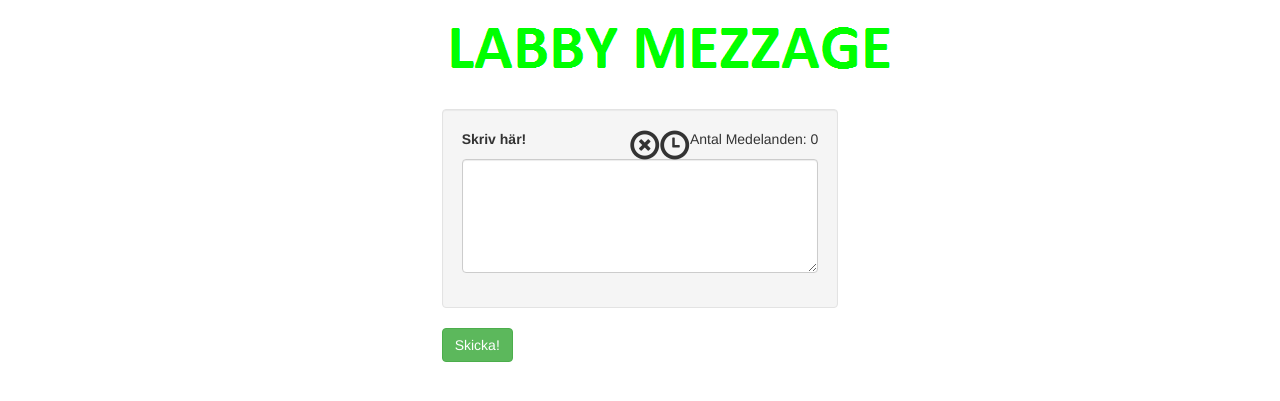
Repository: mc22dg/1dv403-laborationer
Page: 2-labbymezzage/index.html
The author's editor kept a record of every edit. The page is drawn from the files as they stood at one moment, then again after the next edit.
The browser window is 1280 px wide. The pictures show the whole page.

Above is the page before.
Console error (its wording comes from the project's code and is left out).

### 2-labbymezzage/index.html
<!DOCTYPE html>
<html lang="sv">
<head>
    <meta charset="UTF-8" />
        <title>Labby mezzage</title>
            <link rel="stylesheet" href="https://maxcdn.bootstrapcdn.com/bootstrap/3.3.1/css/bootstrap.min.css">
            <link rel="stylesheet" href="style.css"/>

</head>

<body>

    <div class="row"></div>

    <div class="col-md-offset-4 col-md-4">


    <div id="logo">
            <img src="logo.png" alt="">
    </div>

        <div class="well">
            <div id="message">

            </div>

                <div id="numberOfMess">Antal Medelanden: 0</div>
                <div class="glyphicon glyphicon-time"></div>
                <div class="glyphicon glyphicon-remove-circle"></div>
                <div class="form-group">
                  <label for="comment">Skriv här!</label>
                  <textarea class="form-control" rows="5" id="comment"></textarea>
                </div>
        </div>

        <div>
                <button type="button" class="btn btn-success">Skicka!</button>
        </div>

    <script src="https://maxcdn.bootstrapcdn.com/bootstrap/3.3.1/js/bootstrap.min.js"></script>
     <script src="message.js"></script>
    <script src="messageEngine.js"></script>
    </div>
    </div>
</body>

</html>

### 2-labbymezzage/style.css
#logo{

}
#numberOfMess{
float: right;
}


.glyphicon{
font-size: 30px;
float: right;
}

### 2-labbymezzage/message.js
"use strict";

window.onload = function(){

    function message(message, date){

    	this.getText = function(){ //Hämtar meddelandetexten
                return message;
        }
        this.setText = function(_text){ //Sätter meddelandetexten
                message = _text;
        }
        this.getDate = function(){ //Hämtar datumet
                 return date;
        }
        this.setDate = function(_date){ //Sätter datumet
                   date = _date;
        }

}

Message.prototype.toString = function(){ //En strängpresentation av objektet
        return this.getText()+" ("+this.getDate()+")";
        }


Message.prototype.getHTMLText = function() { //Hämtar texten med \n utbytt mot <br>
return this.getText().replace(/ \n /g, "<br />");
        }

Message.prototype.getDateText = function(){
        }
























}

### 2-labbymezzage/messageEngine.js
"use strict"

var MessageBoard = {

        messages: [], //En array för alla meddelanden.


}

After the next edit:
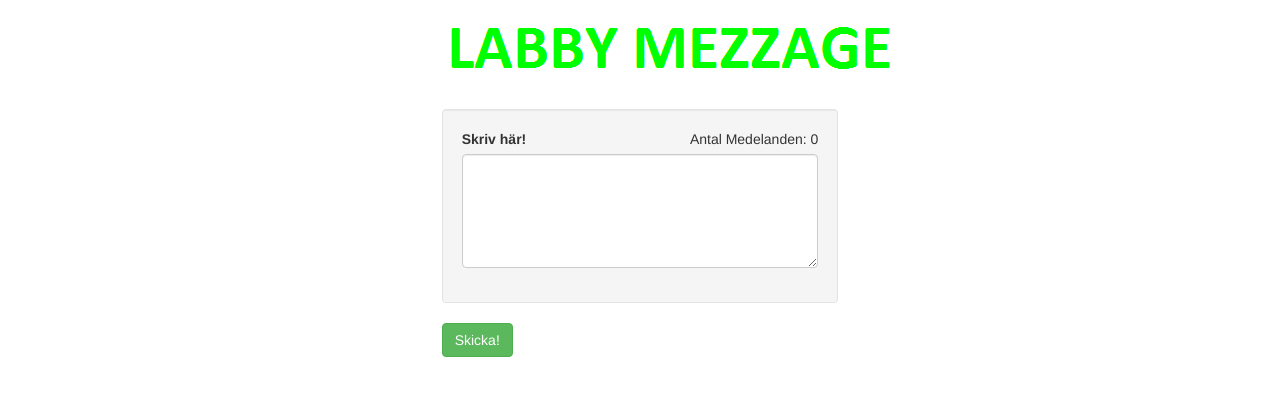
The edit:
--- a/2-labbymezzage/index.html
+++ b/2-labbymezzage/index.html
@@ -25,8 +25,7 @@
             </div>
 
                 <div id="numberOfMess">Antal Medelanden: 0</div>
-                <div class="glyphicon glyphicon-time"></div>
-                <div class="glyphicon glyphicon-remove-circle"></div>
+
                 <div class="form-group">
                   <label for="comment">Skriv här!</label>
                   <textarea class="form-control" rows="5" id="comment"></textarea>
